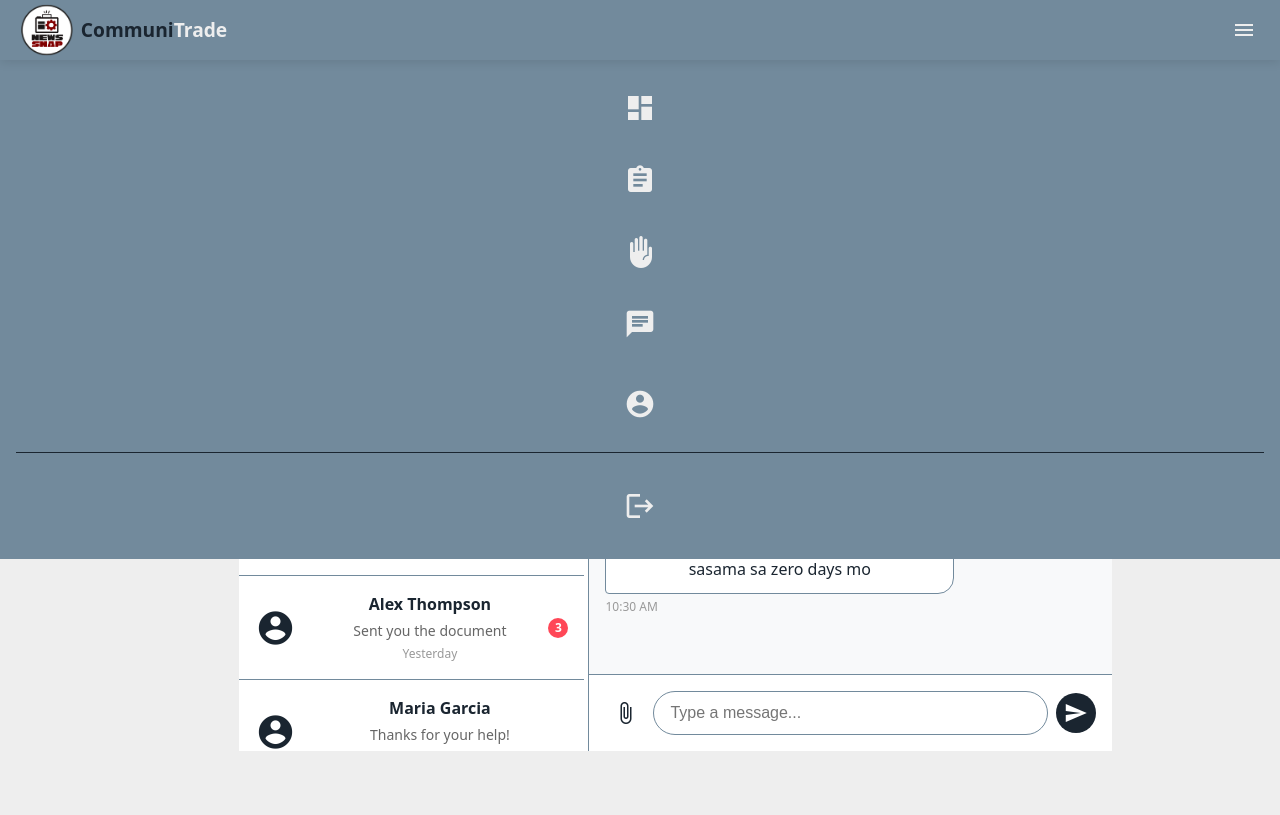
Repository: wholaanmo/news-snap
Page: /message
An editor plug-in stored every save of this project. The page is shown before and after the next save, followed by the edit.
The browser window is 1280 px wide. The pictures show the whole page.
The project was rebuilt for these pictures with package versions that can differ from the ones it lists, and the page was loaded fresh each time. Also part of the build but not shown: src/components/AdminNavbar.vue, src/components/AdminSidebar.vue, src/layouts/AdminLayout.vue.

Above is the page before, as saved 2025-10-15 20:12:23.

### index.html
<!doctype html>
<html lang="en">
  <head>
    <meta charset="UTF-8" />
    <link rel="icon" type="image/svg+xml" href="/vite.svg" />
    <meta name="viewport" content="width=device-width, initial-scale=1.0" />
    <title>CommuniTrade</title>
    <link href="https://fonts.googleapis.com/css2?family=Material+Icons"
      rel="stylesheet">
    <link href="https://fonts.googleapis.com/css2?family=Roboto:wght@400;700&display=swap" rel="stylesheet">
    <link href="https://fonts.googleapis.com/css2?family=Inter:wght@400;600&display=swap" rel="stylesheet">
  </head>
  <body>
    <div id="app"></div>
    <script type="module" src="/src/main.js"></script>
  </body>
</html>

### src/App.vue
<template>
  <div class="app">
    <router-view />
  </div>
</template>

<script setup>
// No need for layout logic here anymore - it's handled by individual layouts
</script>

<style lang="css">
:root {
  --primary: #1a2530;
  --grey: #728a9c;
  --dark: #0F0E0E;
  --dark-alt: #37353E;
  --light: #EEEEEE;
  --sidebar-width: 230px;
}

* {
  margin: 0;
  padding: 0;
  box-sizing: border-box;
  scrollbar-width: thin;
  scrollbar-color: #728a9c #f0f0f0;
}

body {
  background: var(--light);
}

button {
  cursor: pointer;
  appearance: none;
  border: none;
  outline: none;
  background: none;
}

.app {
  min-height: 100vh;
}
</style>

### src/layouts/UserLayout.vue
<template>
    <div class="user-layout">
      <UserNavbar :toggle-sidebar="toggleSidebar" />
      <div class="layout-body">
        <UserSidebar :isOpen="sidebarOpen" @toggle="sidebarOpen = $event" />
        <main class="user-content" :class="sidebarOpen && 'sidebar-open'">
          <router-view />
        </main>
      </div>
    </div>
  </template>

  <script setup>
  import { ref } from 'vue'
  import UserNavbar from '@/components/Navbar.vue'
  import UserSidebar from '@/components/Sidebar.vue'

  const sidebarOpen = ref(false)

  const toggleSidebar = () => {
    sidebarOpen.value = !sidebarOpen.value
  }
  </script>

  <style scoped>
  .user-layout {
    min-height: 100vh;
  }

  .layout-body {
    display: flex;
    min-height: calc(100vh - 60px);
    margin-top: 30px; /* Account for navbar height */
  }

  .user-content {
    flex: 1 1 0;
    margin-left: calc(1.5rem + 32px);
    transition: margin-left 0.2s ease-out;
    padding: 2rem;
  }

  .user-content.sidebar-open {
    margin-left: var(--sidebar-width);
  }

  @media (max-width: 768px) {
    .user-content {
      margin-left: 0;
      padding: 1rem;
    }

    .user-content.sidebar-open {
      margin-left: 0;
    }
  }
  </style>

### src/views/message.vue
<template>
  <div class="message-page">
    <!-- Sidebar with conversation list -->
    <div class="conversation-sidebar" :class="{ 'sidebar-collapsed': !isSidebarExpanded }">
      <div class="sidebar-header">
        <h2>Messages</h2>
      </div>

      <div class="conversation-list">
        <div
          v-for="conversation in conversations"
          :key="conversation.id"
          class="conversation-item"
          :class="{ active: activeConversation?.id === conversation.id }"
          @click="selectConversation(conversation)"
        >
          <div class="avatar">
            <span class="material-icons">account_circle</span>
          </div>
          <div class="conversation-info">
            <div class="user-name">{{ conversation.userName }}</div>
            <div class="last-message">{{ conversation.lastMessage }}</div>
            <div class="timestamp">{{ conversation.timestamp }}</div>
          </div>
          <div v-if="conversation.unreadCount > 0" class="unread-badge">
            {{ conversation.unreadCount }}
          </div>
        </div>
      </div>
    </div>

    <!-- Main chat area -->
    <div class="chat-area">
      <div v-if="activeConversation" class="chat-container">
        <!-- Chat header -->
        <div class="chat-header">
          <div class="chat-user-info">
            <span class="material-icons">account_circle</span>
            <span class="user-name">{{ activeConversation.userName }}</span>
            <span class="status" :class="activeConversation.status">{{ activeConversation.status }}</span>
          </div>
        </div>

        <!-- Messages container -->
        <div class="messages-container" ref="messagesContainer">
          <div
            v-for="message in activeConversation.messages"
            :key="message.id"
            class="message"
            :class="message.sender"
          >
            <div class="message-content">
              <img
                v-if="message.type === 'image'"
                :src="message.content"
                alt="Sent image"
                class="message-image"
                @click="openImageModal(message.content)"
              />
              <span v-else>{{ message.content }}</span>
            </div>
            <div class="message-time">
              {{ message.time }}
            </div>
          </div>
        </div>

        <!-- Message input -->
        <div class="message-input-container">
          <div class="input-wrapper">
            <input
              ref="fileInput"
              type="file"
              accept="image/*"
              style="display: none"
              @change="handleImageUpload"
            />
            <button @click="triggerFileInput" class="attachment-button">
              <span class="material-icons">attach_file</span>
            </button>
            <input
              v-model="newMessage"
              type="text"
              placeholder="Type a message..."
              @keyup.enter="sendMessage"
              class="message-input"
            >
            <button @click="sendMessage" class="send-button">
              <span class="material-icons">send</span>
            </button>
          </div>
        </div>
      </div>

      <!-- Empty state when no conversation selected -->
      <div v-else class="no-conversation">
        <div class="empty-state">
          <span class="material-icons">chat</span>
          <h3>Select a conversation</h3>
          <p>Choose a conversation from the list to start messaging</p>
        </div>
      </div>
    </div>

    <!-- Image Modal -->
    <div v-if="selectedImage" class="image-modal" @click="closeImageModal">
      <div class="modal-content">
        <img :src="selectedImage" alt="Full size image" />
        <button class="close-modal" @click="closeImageModal">
          <span class="material-icons">close</span>
        </button>
      </div>
    </div>
  </div>
</template>

<script setup>
import { ref, onMounted, nextTick } from 'vue'

// Reactive data
const isSidebarExpanded = ref(true)
const activeConversation = ref(null)
const newMessage = ref('')
const messagesContainer = ref(null)
const fileInput = ref(null)
const selectedImage = ref(null)

// Sample conversations data
const conversations = ref([
  {
    id: 1,
    userName: 'John Doe',
    lastMessage: 'Thanks for the help!',
    timestamp: '10:30 AM',
    unreadCount: 2,
    status: 'online',
    messages: [
      { id: 1, content: 'Hi sah!', sender: 'them', time: '10:15 AM' },
      { id: 2, content: 'Uy musta my young stunna?', sender: 'me', time: '10:16 AM' },
      { id: 3, content: 'Need ko help sa project namin', sender: 'them', time: '10:20 AM' },
      { id: 4, content: 'Ay bounce na ko jan sah', sender: 'me', time: '10:25 AM' },
      { id: 5, content: 'Awit, makikita mo talaga kung sino sasama sa zero days mo', sender: 'them', time: '10:30 AM' }
    ]
  },
  {
    id: 2,
    userName: 'Sarah Wilson',
    lastMessage: 'See you tomorrow!',
    timestamp: 'Yesterday',
    unreadCount: 0,
    status: 'offline',
    messages: [
      { id: 1, content: 'Meeting tomorrow at 3 PM', sender: 'them', time: 'Yesterday' },
      { id: 2, content: 'Owkie dowkie', sender: 'me', time: 'Yesterday' }
    ]
  },
  {
    id: 3,
    userName: 'Mike Johnson',
    lastMessage: 'Tapos na po maem',
    timestamp: '12/15/2024',
    unreadCount: 1,
    status: 'online',
    messages: [
      { id: 1, content: 'The files you requested are ready for review', sender: 'them', time: '12/15/2024' }
    ]
  },
  {
    id: 4,
    userName: 'Emily Davis',
    lastMessage: 'Are we still meeting today?',
    timestamp: '11:45 AM',
    unreadCount: 0,
    status: 'online',
    messages: [
      { id: 1, content: 'Hey, are you available for a quick call?', sender: 'them', time: '11:30 AM' },
      { id: 2, content: 'Sure, what time works for you?', sender: 'me', time: '11:35 AM' }
    ]
  },
  {
    id: 5,
    userName: 'Alex Thompson',
    lastMessage: 'Sent you the document',
    timestamp: 'Yesterday',
    unreadCount: 3,
    status: 'online',
    messages: [
      { id: 1, content: 'Can you review this document when you have time?', sender: 'them', time: 'Yesterday' },
      { id: 2, content: 'Of course, send it over', sender: 'me', time: 'Yesterday' }
    ]
  },
  {
    id: 6,
    userName: 'Maria Garcia',
    lastMessage: 'Thanks for your help!',
    timestamp: '12/14/2024',
    unreadCount: 0,
    status: 'offline',
    messages: [
      { id: 1, content: 'I really appreciate your assistance with the project', sender: 'them', time: '12/14/2024' },
      { id: 2, content: 'Happy to help anytime!', sender: 'me', time: '12/14/2024' }
    ]
  },
  {
    id: 7,
    userName: 'David Chen',
    lastMessage: 'Lets catch up soon',
    timestamp: '12/13/2024',
    unreadCount: 1,
    status: 'online',
    messages: [
      { id: 1, content: 'Long time no see! How have you been?', sender: 'them', time: '12/13/2024' },
      { id: 2, content: 'Doing great! We should definitely meet up', sender: 'me', time: '12/13/2024' }
    ]
  },
  {
    id: 8,
    userName: 'Lisa Rodriguez',
    lastMessage: 'The package arrived',
    timestamp: '12/12/2024',
    unreadCount: 0,
    status: 'offline',
    messages: [
      { id: 1, content: 'Just wanted to let you know the package arrived safely', sender: 'them', time: '12/12/2024' },
      { id: 2, content: 'Great! Thanks for the update', sender: 'me', time: '12/12/2024' }
    ]
  },
  {
    id: 9,
    userName: 'Kevin Wilson',
    lastMessage: 'Check this out!',
    timestamp: '12/11/2024',
    unreadCount: 2,
    status: 'online',
    messages: [
      { id: 1, content: 'Found this interesting article you might like', sender: 'them', time: '12/11/2024' },
      { id: 2, content: 'Looks cool, Ill read it later', sender: 'me', time: '12/11/2024' }
    ]
  }
])

// Methods
const toggleSidebar = () => {
  isSidebarExpanded.value = !isSidebarExpanded.value
}

const selectConversation = (conversation) => {
  activeConversation.value = conversation
  // Mark as read when selected
  conversation.unreadCount = 0
  // Scroll to bottom of messages
  nextTick(() => {
    scrollToBottom()
  })
}

const sendMessage = () => {
  if (!newMessage.value.trim() || !activeConversation.value) return

  const newMsg = {
    id: Date.now(),
    content: newMessage.value,
    sender: 'me',
    time: new Date().toLocaleTimeString([], { hour: '2-digit', minute: '2-digit' })
  }

  activeConversation.value.messages.push(newMsg)
  activeConversation.value.lastMessage = newMessage.value
  activeConversation.value.timestamp = 'Just now'

  newMessage.value = ''

  // Scroll to bottom after sending
  nextTick(() => {
    scrollToBottom()
  })
}

const triggerFileInput = () => {
  fileInput.value.click()
}

const handleImageUpload = (event) => {
  const file = event.target.files[0]
  if (file && file.type.startsWith('image/')) {
    const reader = new FileReader()
    reader.onload = (e) => {
      const imageMsg = {
        id: Date.now(),
        content: e.target.result,
        sender: 'me',
        type: 'image',
        time: new Date().toLocaleTimeString([], { hour: '2-digit', minute: '2-digit' })
      }

      activeConversation.value.messages.push(imageMsg)
      activeConversation.value.lastMessage = 'Sent an image'
      activeConversation.value.timestamp = 'Just now'

      // Scroll to bottom after sending
      nextTick(() => {
        scrollToBottom()
      })
    }
    reader.readAsDataURL(file)
  }

  // Reset file input
  event.target.value = ''
}

const openImageModal = (imageSrc) => {
  selectedImage.value = imageSrc
}

const closeImageModal = () => {
  selectedImage.value = null
}

const scrollToBottom = () => {
  if (messagesContainer.value) {
    messagesContainer.value.scrollTop = messagesContainer.value.scrollHeight
  }
}

// Lifecycle
onMounted(() => {
  // Select first conversation by default
  if (conversations.value.length > 0) {
    selectConversation(conversations.value[0])
  }
})
</script>

<style scoped>
.message-page {
  display: flex;
  height: calc(100vh - 60px);
  margin-top: -3px;
  background-color: var(--light);
}

/* Conversation Sidebar Styles */
.conversation-sidebar {
  width: 350px;
  background-color: white;
  border-right: 1px solid var(--grey);
  display: flex;
  flex-direction: column;
  transition: width 0.3s ease;
  overflow: hidden;
}

.sidebar-collapsed {
  width: 60px;
}

.sidebar-header {
  display: flex;
  justify-content: space-between;
  align-items: center;
  padding: 1rem;
  border-bottom: 1px solid var(--grey);
  background-color: var(--grey);
}

.sidebar-header h2 {
  margin: 0;
  color: var(--primary);
  font-size: 1.5rem;
}

.toggle-sidebar {
  background: none;
  border: none;
  cursor: pointer;
  color: var(--primary);
  padding: 0.5rem;
  border-radius: 0.25rem;
}

.toggle-sidebar:hover {
  background-color: var(--light);
}

.conversation-list {
  flex: 1;
  overflow-y: auto;
  padding-right: 4px;
}

/* Custom scrollbar for conversation list */
.conversation-list::-webkit-scrollbar {
  width: 8px;
}

.conversation-list::-webkit-scrollbar-track {
  background: #f1f1f1;
  border-radius: 4px;
}

.conversation-list::-webkit-scrollbar-thumb {
  background: var(--primary);
  border-radius: 4px;
}

.conversation-list::-webkit-scrollbar-thumb:hover {
  background: var(--dark);
}

.conversation-item {
  display: flex;
  align-items: center;
  padding: 1rem;
  cursor: pointer;
  border-bottom: 1px solid var(--grey);
  transition: background-color 0.2s ease;
  position: relative;
}

.conversation-item:hover {
  background-color: var(--light);
}

.conversation-item.active {
  background-color: var(--primary);
  color: white;
}

.conversation-item.active .user-name,
.conversation-item.active .last-message,
.conversation-item.active .timestamp {
  color: white;
}

.avatar {
  margin-right: 1rem;
  flex-shrink: 0;
}

.avatar .material-icons {
  font-size: 2.5rem;
  color: var(--primary);
}

.conversation-item.active .avatar .material-icons {
  color: white;
}

.conversation-info {
  flex: 1;
  min-width: 0;
}

.user-name {
  font-weight: 600;
  margin-bottom: 0.25rem;
  color: var(--primary);
}

.last-message {
  font-size: 0.875rem;
  color: #666;
  white-space: nowrap;
  overflow: hidden;
  text-overflow: ellipsis;
}

.timestamp {
  font-size: 0.75rem;
  color: #999;
  margin-top: 0.25rem;
}

.unread-badge {
  background-color: #ff4757;
  color: white;
  border-radius: 50%;
  width: 20px;
  height: 20px;
  display: flex;
  align-items: center;
  justify-content: center;
  font-size: 0.75rem;
  font-weight: 600;
}

/* Chat Area Styles */
.chat-area {
  flex: 1;
  display: flex;
  flex-direction: column;
  background-color: white;
}

.chat-container {
  display: flex;
  flex-direction: column;
  height: 100%;
  width: 103%;
}

.chat-header {
  padding: 1rem;
  border-bottom: 1px solid var(--grey);
  background-color: white;
}

.chat-user-info {
  display: flex;
  align-items: center;
  gap: 0.5rem;
}

.chat-user-info .material-icons {
  font-size: 2rem;
  color: var(--primary);
}

.status {
  font-size: 0.875rem;
  padding: 0.25rem 0.5rem;
  border-radius: 1rem;
  text-transform: capitalize;
}

.status.online {
  background-color: #2ed573;
  color: white;
}

.status.offline {
  background-color: #747d8c;
  color: white;
}

.messages-container {
  flex: 1;
  padding: 1rem;
  overflow-y: auto;
  display: flex;
  flex-direction: column;
  gap: 1rem;
  background-color: #f8f9fa;
  padding-right: 8px;
}

/* Custom scrollbar for messages container */
.messages-container::-webkit-scrollbar {
  width: 6px;
}

.messages-container::-webkit-scrollbar-track {
  background: #e9ecef;
  border-radius: 3px;
}

.messages-container::-webkit-scrollbar-thumb {
  background: #adb5bd;
  border-radius: 3px;
}

.messages-container::-webkit-scrollbar-thumb:hover {
  background: #6c757d;
}

.message {
  display: flex;
  flex-direction: column;
  max-width: 70%;
}

.message.me {
  align-self: flex-end;
  align-items: flex-end;
}

.message.them {
  align-self: flex-start;
  align-items: flex-start;
}

.message-content {
  padding: 0.75rem 1rem;
  border-radius: 1rem;
  word-wrap: break-word;
}

.message.me .message-content {
  background-color: var(--primary);
  color: white;
  border-bottom-right-radius: 0.25rem;
}

.message.them .message-content {
  background-color: white;
  color: var(--primary);
  border: 1px solid var(--grey);
  border-bottom-left-radius: 0.25rem;
}

.message-image {
  max-width: 300px;
  max-height: 300px;
  border-radius: 0.5rem;
  cursor: pointer;
  transition: transform 0.2s ease;
}

.message-image:hover {
  transform: scale(1.02);
}

.message-time {
  font-size: 0.75rem;
  color: #999;
  margin-top: 0.25rem;
}

.message-input-container {
  padding: 1rem;
  border-top: 1px solid var(--grey);
  background-color: white;
}

.input-wrapper {
  display: flex;
  gap: 0.5rem;
  align-items: center;
}

.attachment-button {
  background: none;
  border: none;
  color: var(--primary);
  cursor: pointer;
  padding: 0.5rem;
  border-radius: 50%;
  transition: background-color 0.2s ease;
}

.attachment-button:hover {
  background-color: var(--light);
}

.message-input {
  flex: 1;
  padding: 0.75rem 1rem;
  border: 1px solid var(--grey);
  border-radius: 2rem;
  outline: none;
  font-size: 1rem;
}

.message-input:focus {
  border-color: var(--primary);
}

.send-button {
  background-color: var(--primary);
  color: white;
  border: none;
  border-radius: 50%;
  width: 40px;
  height: 40px;
  display: flex;
  align-items: center;
  justify-content: center;
  cursor: pointer;
  transition: background-color 0.2s ease;
}

.send-button:hover {
  background-color: var(--dark);
}

.no-conversation {
  flex: 1;
  display: flex;
  align-items: center;
  justify-content: center;
  background-color: #f8f9fa;
}

.empty-state {
  text-align: center;
  color: #666;
}

.empty-state .material-icons {
  font-size: 4rem;
  color: var(--grey);
  margin-bottom: 1rem;
}

/* Image Modal Styles */
.image-modal {
  position: fixed;
  top: 0;
  left: 0;
  width: 100%;
  height: 100%;
  background-color: rgba(0, 0, 0, 0.9);
  display: flex;
  align-items: center;
  justify-content: center;
  z-index: 1000;
}

.modal-content {
  position: relative;
  max-width: 90%;
  max-height: 90%;
}

.modal-content img {
  max-width: 100%;
  max-height: 90vh;
  border-radius: 0.5rem;
}

.close-modal {
  position: absolute;
  top: -40px;
  right: 0;
  background: none;
  border: none;
  color: white;
  font-size: 2rem;
  cursor: pointer;
  padding: 0.5rem;
}

/* Responsive Design */
@media (max-width: 768px) {
  .conversation-sidebar {
    position: absolute;
    left: 0;
    top: 0;
    height: 100%;
    z-index: 98;
    transform: translateX(0);
  }

  .sidebar-collapsed {
    transform: translateX(-100%);
  }

  .chat-area {
    width: 100%;
  }

  .message {
    max-width: 85%;
  }

  .message-image {
    max-width: 200px;
    max-height: 200px;
  }
}

/* Material Icons alignment fix */
.material-icons {
  vertical-align: bottom;
}
</style>

### src/components/Navbar.vue
<template>
  <nav class="navbar">
    <div class="navbar-content">
      <div class="navbar-left">
        <div class="logo-container">
          <img src="../assets/CommuniTrade.png" alt="CommuniTrade Logo" class="logo-img">
          <p class="logo-text">Communi<span class="logo-text1">Trade</span></p>
        </div>
      </div>

      <div class="navbar-right">
        <button class="hamburger-btn" @click="toggleSidebar">
          <span class="material-icons">menu</span>
        </button>
      </div>
    </div>
  </nav>
</template>

<script setup>
defineProps({
  toggleSidebar: Function
})
</script>

<style scoped>
.navbar {
  position: fixed;
  top: 0;
  left: 0;
  right: 0;
  height: 60px;
  background-color: var(--grey);
  color: var(--light);
  z-index: 98;
  box-shadow: 0 2px 10px rgba(0, 0, 0, 0.1);
}

.navbar-content {
  display: flex;
  align-items: center;
  justify-content: space-between;
  height: 100%;
  padding: 0 1rem;
}

.navbar-left {
  display: flex;
  align-items: center;
}

.navbar-right {
  display: flex;
  align-items: center;
}

.logo-container {
  display: flex;
  align-items: center;
  gap: 0.5rem;
}

.logo-img {
  width: 52px;
  height: 52px;
  object-fit: contain;
  margin-left: 0.3rem;
}

.logo-text1 {
  font-weight: bold;
  font-size: 1.2rem;
  color: var(--light);
}

.logo-text {
  font-weight: bold;
  font-size: 1.2rem;
  color: var(--primary);
}

.hamburger-btn {
  display: flex;
  align-items: center;
  justify-content: center;
  width: 40px;
  height: 40px;
  border-radius: 50%;
  transition: all 0.3s ease;
  color: var(--light);
}

.hamburger-btn:hover {
  color: var(--primary);
  transform: rotate(180deg);
}

/* Remove the media query that hides the logo text */
/* @media (max-width: 768px) {
  .logo-text {
    display: none;
  }
} */

/* Instead, adjust font size for very small screens */
@media (max-width: 480px) {
  .logo-text {
    font-size: 1rem;
  }

  .logo-img {
    width: 35px;
    height: 35px;
  }
}

@media (max-width: 360px) {
  .logo-text {
    font-size: 0.9rem;
  }
}
</style>

Loaded but not shown: src/style.css (common file); src/main.js (98 lines, source omitted); src/components/Sidebar.vue (236 lines, source omitted)

After the next save:
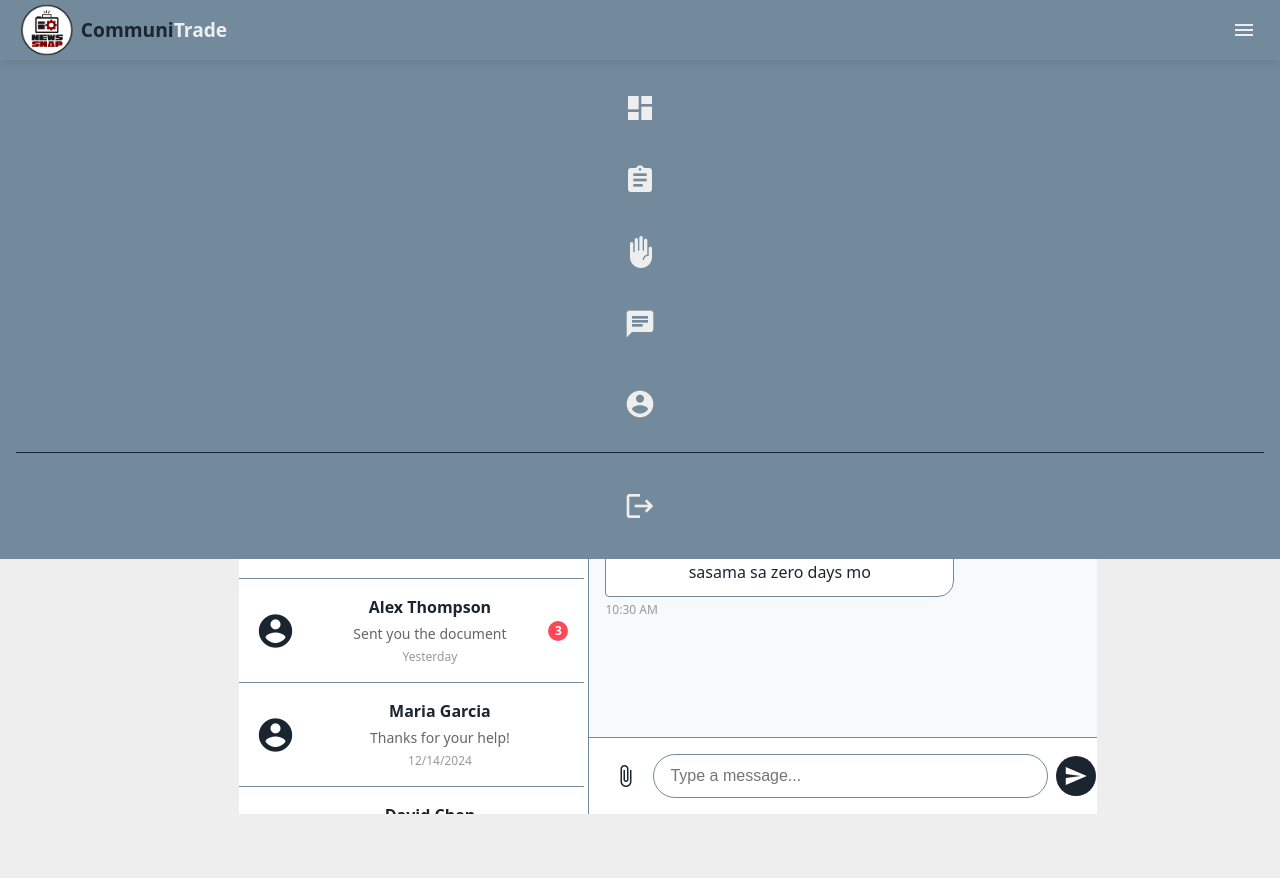
Saved 57 s later.
--- a/src/views/message.vue
+++ b/src/views/message.vue
@@ -335,9 +335,10 @@ onMounted(() => {
 <style scoped>
 .message-page {
   display: flex;
-  height: calc(100vh - 60px);
-  margin-top: -3px;
+  height: 100vh; /* full viewport height */
   background-color: var(--light);
+  margin: 0; /* remove the -3px margin */
+  overflow: hidden; /* prevents extra scroll */
 }
 
 /* Conversation Sidebar Styles */
